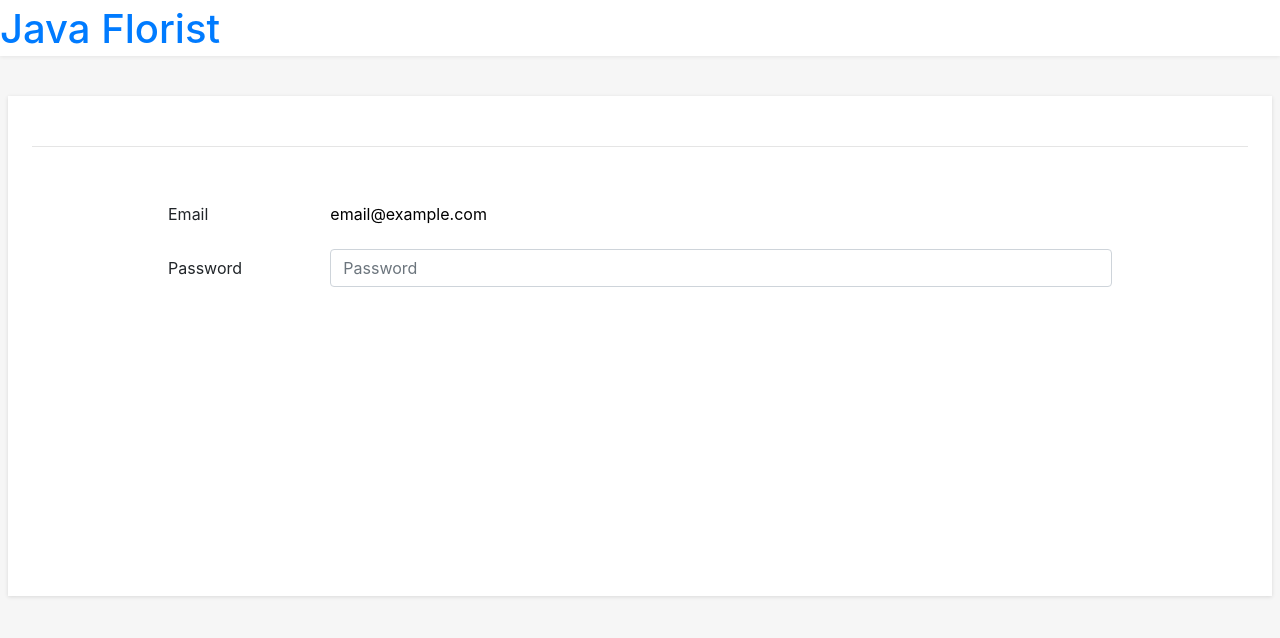
Repository: hienttm/flower-java-florist
Page: JavaFlorist/JavaFlorist/wwwroot/BecomePartner/index.html
These files come from the project's save history. The page is drawn as it stood at one moment and after the next save; the edit follows.
The browser window is 1280 px wide. The pictures show the whole page.
Some web libraries are served in a nearby version.

Above is the page before, as saved 2023-12-29 17:53:47.

After the next save:
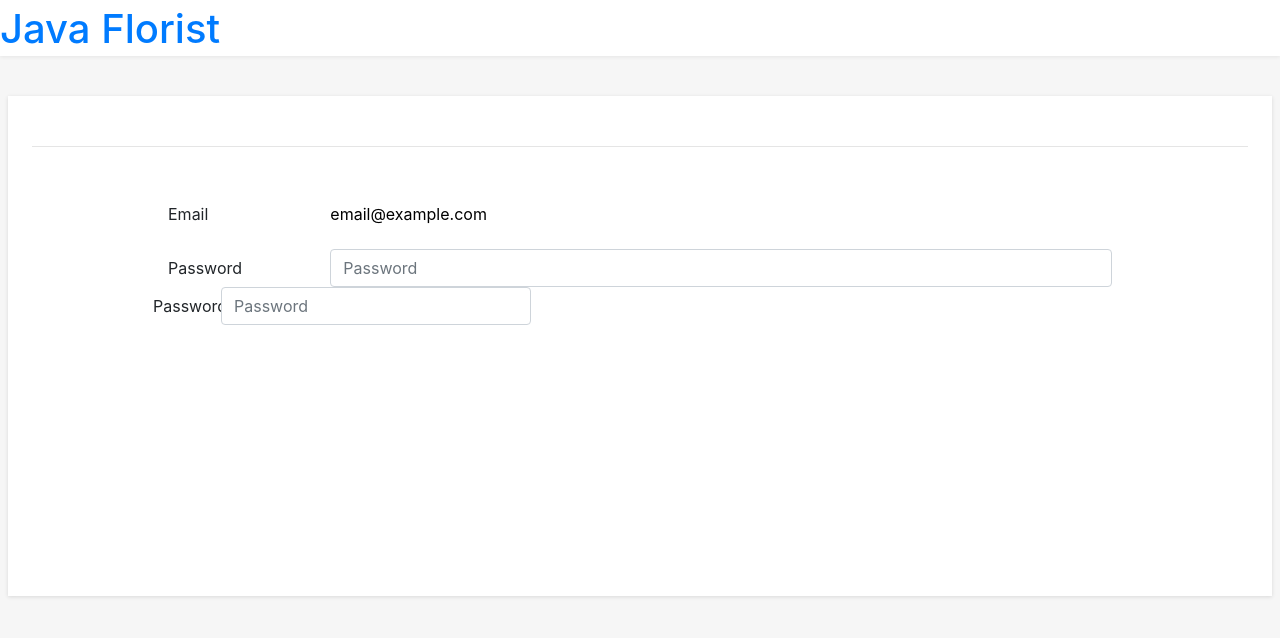
Saved 21 s later.
--- a/JavaFlorist/JavaFlorist/wwwroot/BecomePartner/index.html
+++ b/JavaFlorist/JavaFlorist/wwwroot/BecomePartner/index.html
@@ -41,6 +41,11 @@
                                   <div class="col-sm-10">
                                     <input type="password" class="form-control" id="inputPassword" placeholder="Password">
                                   </div>
+                                  <div class="form-group row">
+                                    <label for="inputPassword" class="col-sm-2 col-form-label">Password</label>
+                                    <div class="col-sm-10">
+                                      <input type="password" class="form-control" id="inputPassword" placeholder="Password">
+                                    </div>
                                 </div>
                               </form>
                         </div>
